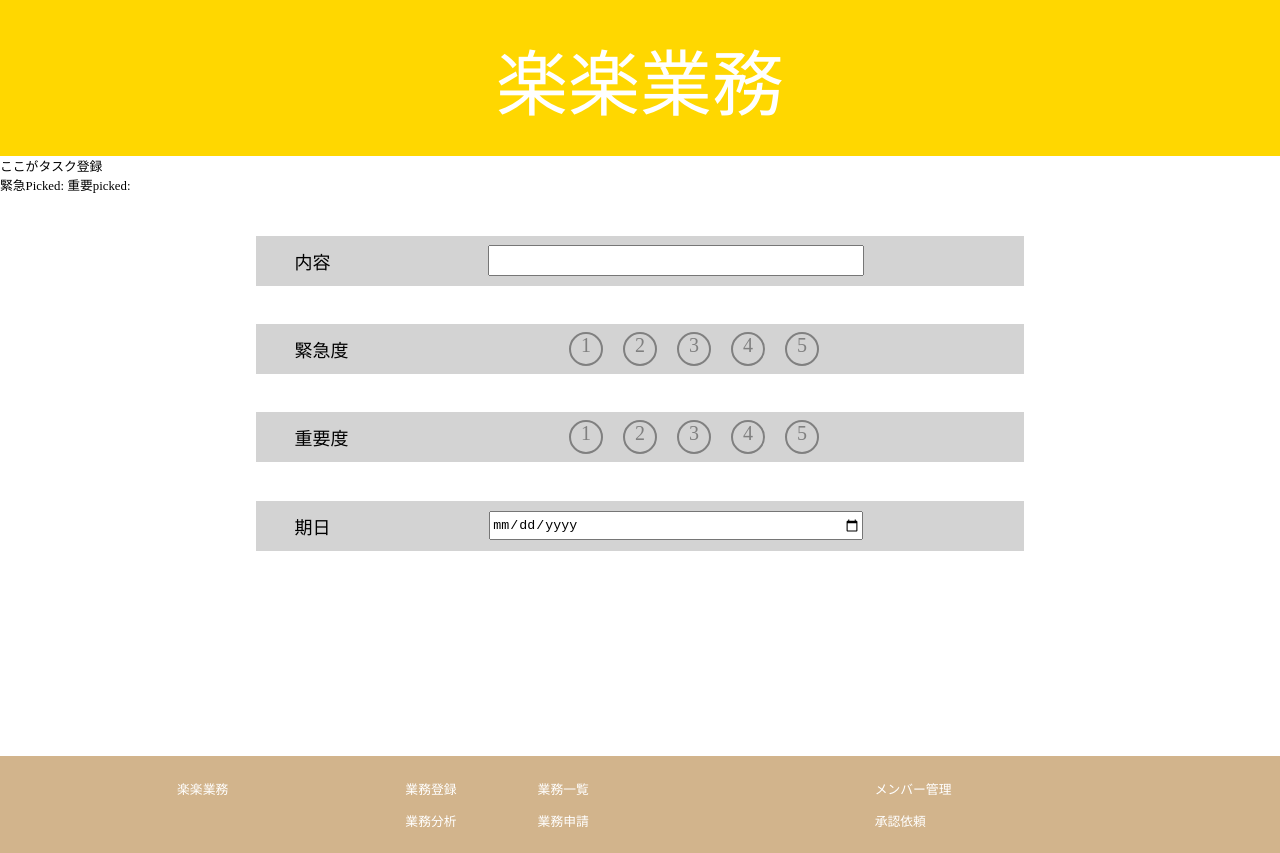
Repository: Reiya-1003/VueReplaceTask
Page: /#/register
The author's editor kept a copy of each file at every save. The page is drawn from the files as they stood at one save, then again after the next save.
The browser window is 1280 px wide. The pictures show the whole page.
The project was rebuilt for these pictures with package versions that can differ from the ones it lists, and the page was loaded fresh each time. Also part of the build but not shown: vue.config.js, src/components/pages/PageHome.vue.

Above is the page before, as saved 2022-06-16 17:09:21.

After the next save:
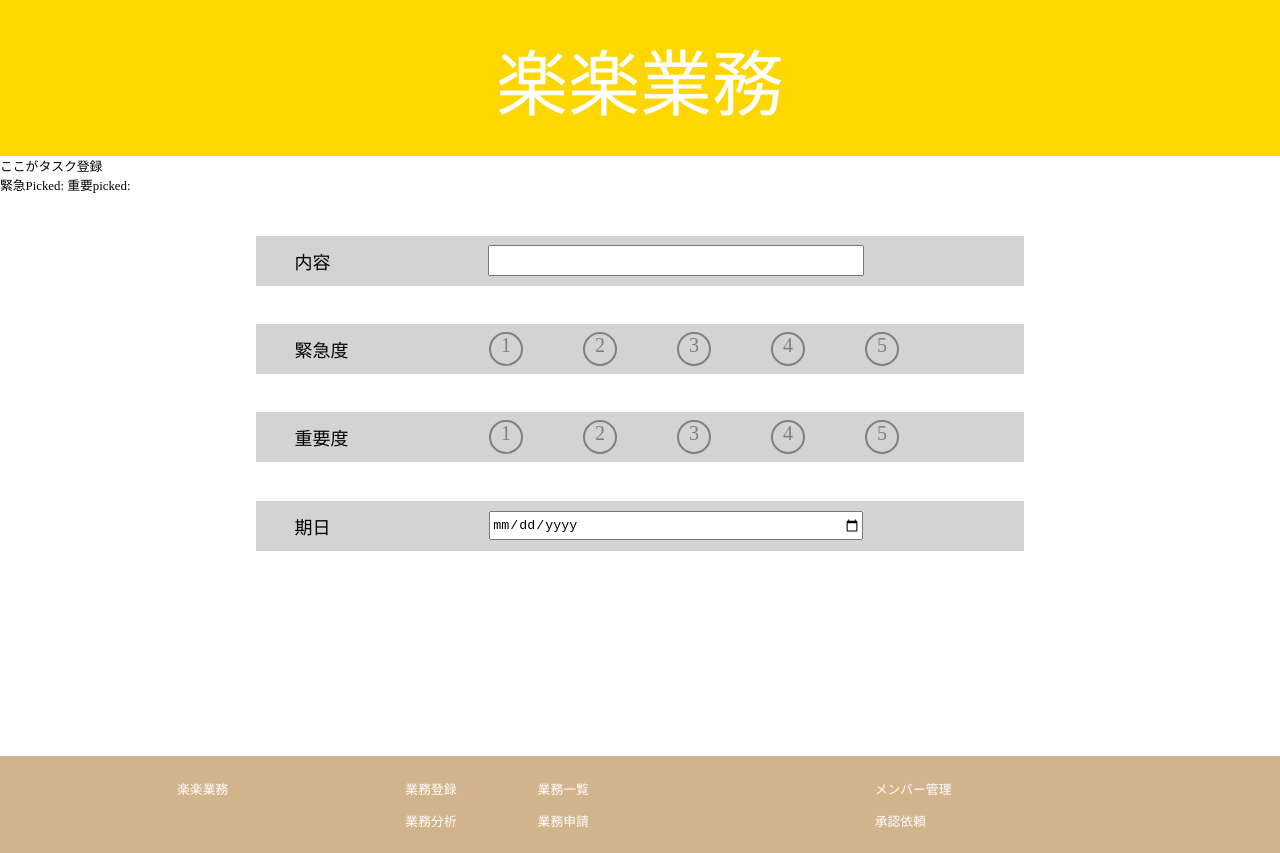
Saved 14 s later.
--- a/src/components/pages/PageRegister.vue
+++ b/src/components/pages/PageRegister.vue
@@ -124,8 +124,8 @@ label {
     border: 2px solid;
     border-radius: 50%;
     font-size: 20px;
-    margin-left: 10px;
-    margin-right: 10px;
+    margin-left: 30px;
+    margin-right: 30px;
 
 }
 :checked + label {
